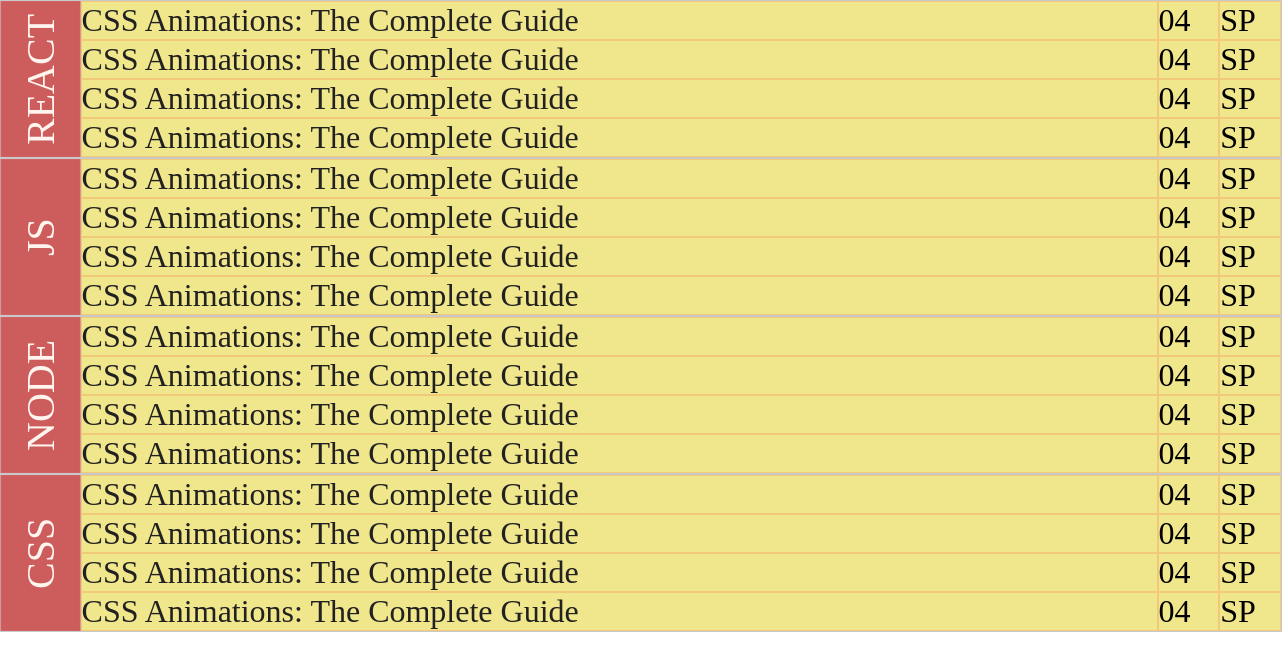
Repository: ClementLight/plan
Page: codicrs.html
The author's editor kept a copy of each file at every save. The page is drawn from the files as they stood at one save, then again after the next save.
The browser window is 1280 px wide. The page is 1282 px wide, so the pictures cover 1282 px, including what lies to the right of the window. The pictures show the whole page.

Above is the page before, as saved 2020-08-21 14:16:27.

After the next save:
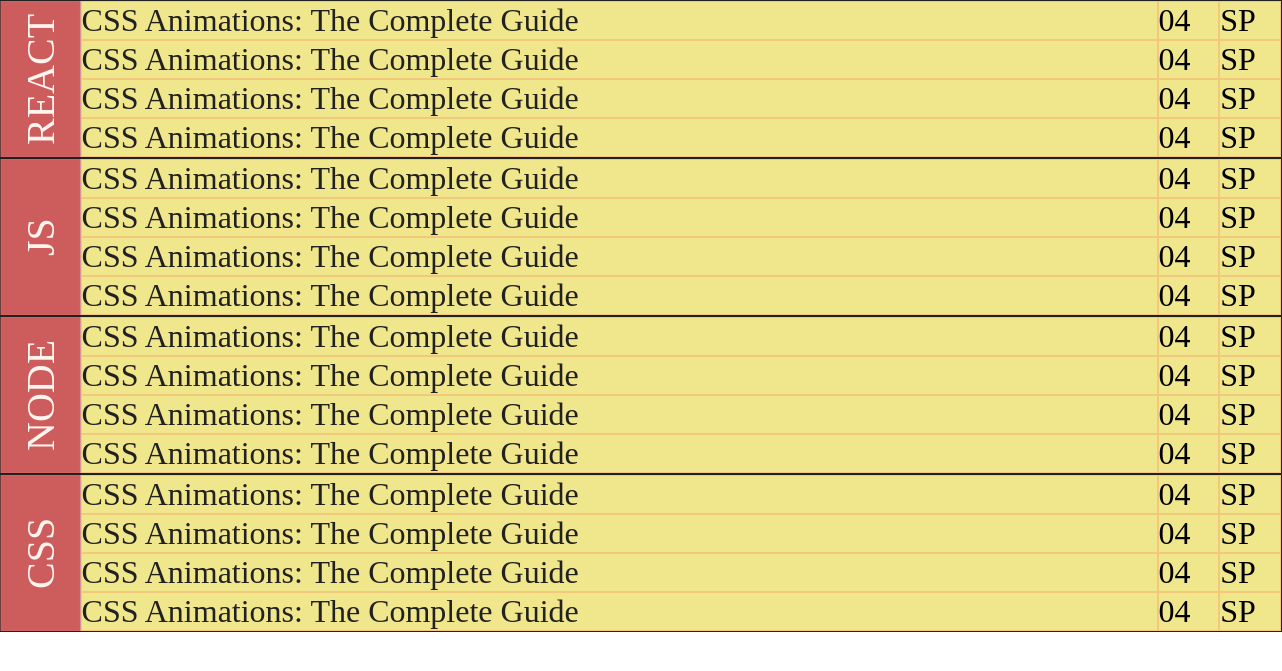
Saved 6 s later.
--- a/codicrs.html
+++ b/codicrs.html
@@ -14,7 +14,7 @@
         display: flex;
         width: 100%;
         background: gainsboro;
-        border: 1px solid #2121211a;
+        border: 1px solid #212121;
       }
 
       .lessontype {
